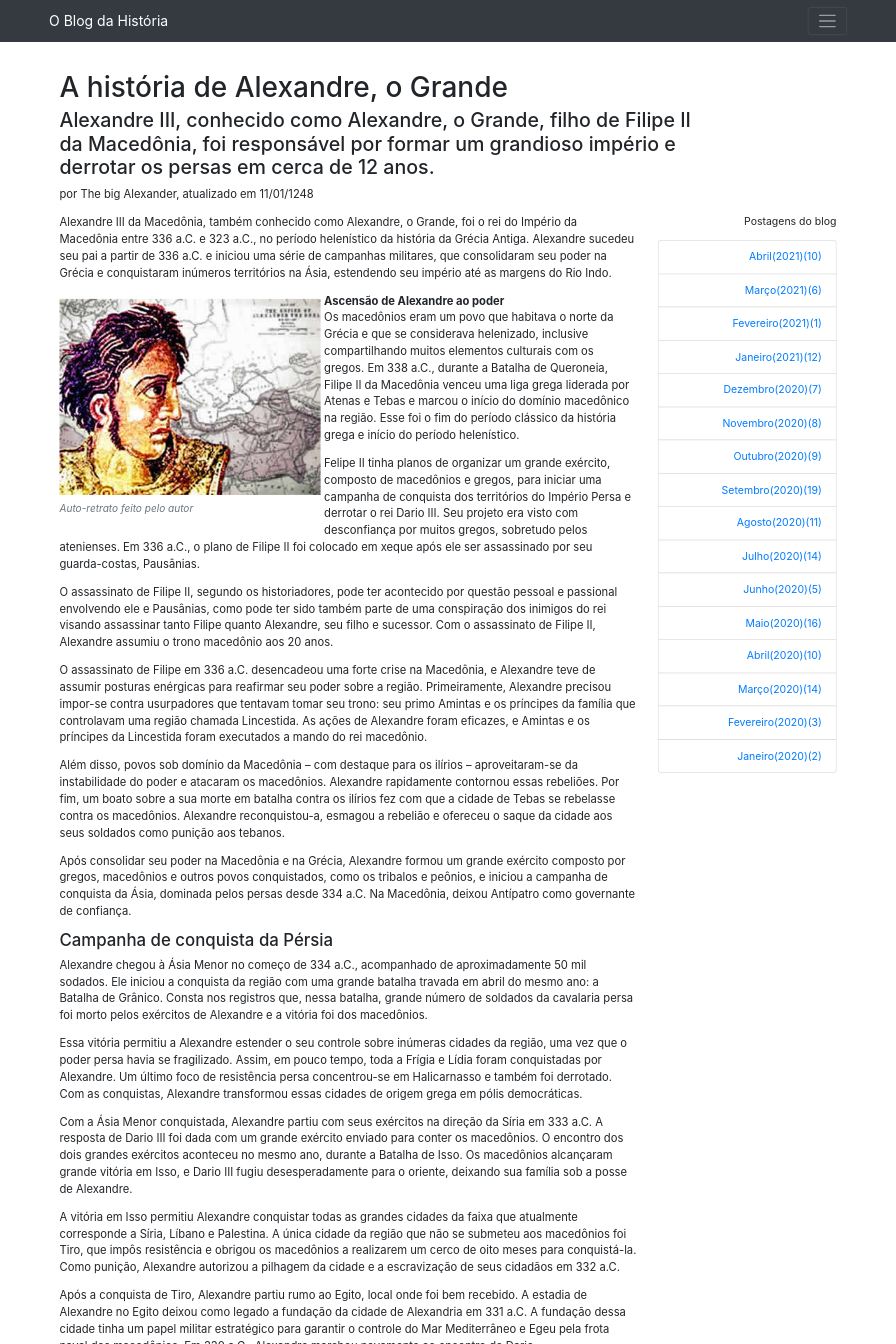
Repository: xhenrique/blog_layout_bootstrap
Page: source/post_2.html
An editor plug-in stored every save of this project. The page is shown before and after the next save, followed by the edit.
The browser window is 1280 px wide. The pictures show the part of the page from y = 0 to 1920 px (the page is 2908 px tall), at 70% of full size.

Above is the page before, as saved 2021-04-25 00:26:39.

### source/post_2.html
<!DOCTYPE html>
<html lang="pt-br">
  <head>
    <!-- Meta tags Obrigatórias -->
    <meta charset="utf-8">
    <meta name="viewport" content="width=device-width, initial-scale=1, shrink-to-fit=no">

    <!-- Bootstrap CSS -->
    <link rel="stylesheet" href="https://stackpath.bootstrapcdn.com/bootstrap/4.1.3/css/bootstrap.min.css" integrity="sha384-MCw98/SFnGE8fJT3GXwEOngsV7Zt27NXFoaoApmYm81iuXoPkFOJwJ8ERdknLPMO" crossorigin="anonymous">

    <title>O Blog da História</title>
  </head>
  <body>
    <div id="navbarConfigs" class = "container">
        <nav class="navbar navbar-dark bg-dark sticky-top" style="background: transparent; position: fixed; top: 0; left: 0; margin: 0px; padding: 10px 70px 10px 70px; width: 100%; right: 0;">
            <a class = "navbar-brand" href="index.html">O Blog da História</a>

            <!--Especificações do que é cada um dos atributos!!!!!
                "aria-controls": define a relação entre os elementos, um elemento é pai e o outro filho, deve ser definido no pai, relacionando o filho;
                "data-target" : Define o que será exibido quando clicar na opção do menu;
                "data-toggle" : o que vai acontecer quando eu clicar em cima do botão, collapse, por exemplo, faz o botão expandir e retrair as opções;
                "aria-expanded" : Flag para o navegador informando que o elemento não está expandido;
                "aria-label" : é usado para definir uma string na tag do elemento atual.
            -->
            <button class="navbar-toggler" type="button" data-toggle="collapse" data-target="#navbarCfg" aria-controls="navbarCfg">
                <span class="navbar-toggler-icon"></span>
            </button>
            <div class="collapse navbar-collapse" id="navbarCfg">
                <ul class="navbar-nav mr-auto">
                    <a class="nav-link dropdown-toggle" href="#" id="navbarDropdown" role="button" data-toggle="dropdown" aria-haspopup="true" aria-expanded="false">
                    Menu
                    </a>
                    <div class="dropdown-menu" aria-labelledby="navbarDropdown">
                    <a class="dropdown-item" href="index.html">Início</a>
                    <a class="dropdown-item" href="sobre.html">Sobre</a>
                    <a class="dropdown-item" href="posts.html">Postagens</a>
                    <div class="dropdown-divider"></div>
                    <p style="text-align: left; padding-left: 10px;"> Criado por: <br/>José Xavier<br/>UFPA - 2021</p>
                    </div>
                </ul>
                <form class="form-inline my-2 my-lg-0">
                <input class="form-control mr-sm-2" type="search" placeholder="Texto para buscar no site" aria-label="Search">
                <button class="btn btn-primary" type="submit">Buscar!</button>
                </form>
            </div>
        </nav>
    </div>

    <div class="container" id="container-postagens" style="margin-top: 100px;">
        <div class="row">
             <!--            <div class="span6" style="float: none; margin: 0 auto;">
-->
            <div class="col-10">
                <div id="sobre_o_blog" class="text-left">
                    <h1>A história de Alexandre, o Grande</h1>
                    <h3>Alexandre III, conhecido como Alexandre, o Grande, filho de Filipe II da Macedônia, foi responsável por formar um grandioso império e derrotar os persas em cerca de 12 anos.</h3>
                    <p>por The big Alexander, atualizado em 11/01/1248</p>
                </div>
            </div>
        </div>
    </div>
    <div class="container">
        <div class="row">
            <div class="col-md-9 ">
                <div class="maintext">
                    <p>Alexandre III da Macedônia, também conhecido como Alexandre, o Grande, foi o rei do Império da Macedônia entre 336 a.C. e 323 a.C., no período helenístico da história da Grécia Antiga. Alexandre sucedeu seu pai a partir de 336 a.C. e iniciou uma série de campanhas militares, que consolidaram seu poder na Grécia e conquistaram inúmeros territórios na Ásia, estendendo seu império até as margens do Rio Indo.</p>
                    <figure class="figure" style="float: left; margin-right: 5px; padding-top: 10px;">
                        <img class="figure-img" src="../img/alexandre-pic.jpg">
                        <figcaption class="figure-caption" style="position: bottom;">
                            <i>Auto-retrato feito pelo autor</i>
                        </figcaption>
                    </figure>
                    <p style="margin: 0 auto;"><b>Ascensão de Alexandre ao poder</b></p>
                    <p>Os macedônios eram um povo que habitava o norte da Grécia e que se considerava helenizado, inclusive compartilhando muitos elementos culturais com os gregos. Em 338 a.C., durante a Batalha de Queroneia, Filipe II da Macedônia venceu uma liga grega liderada por Atenas e Tebas e marcou o início do domínio macedônico na região. Esse foi o fim do período clássico da história grega e início do período helenístico.</p>
                    <p>Felipe II tinha planos de organizar um grande exército, composto de macedônios e gregos, para iniciar uma campanha de conquista dos territórios do Império Persa e derrotar o rei Dario III. Seu projeto era visto com desconfiança por muitos gregos, sobretudo pelos atenienses. Em 336 a.C., o plano de Filipe II foi colocado em xeque após ele ser assassinado por seu guarda-costas, Pausânias.</p>
                    <p>O assassinato de Filipe II, segundo os historiadores, pode ter acontecido por questão pessoal e passional envolvendo ele e Pausânias, como pode ter sido também parte de uma conspiração dos inimigos do rei visando assassinar tanto Filipe quanto Alexandre, seu filho e sucessor. Com o assassinato de Filipe II, Alexandre assumiu o trono macedônio aos 20 anos.
                    </p>
                    <p>O assassinato de Filipe em 336 a.C. desencadeou uma forte crise na Macedônia, e Alexandre teve de assumir posturas enérgicas para reafirmar seu poder sobre a região. Primeiramente, Alexandre precisou impor-se contra usurpadores que tentavam tomar seu trono: seu primo Amintas e os príncipes da família que controlavam uma região chamada Lincestida. As ações de Alexandre foram eficazes, e Amintas e os príncipes da Lincestida foram executados a mando do rei macedônio.</p>
                    <p>Além disso, povos sob domínio da Macedônia – com destaque para os ilírios – aproveitaram-se da instabilidade do poder e atacaram os macedônios. Alexandre rapidamente contornou essas rebeliões. Por fim, um boato sobre a sua morte em batalha contra os ilírios fez com que a cidade de Tebas se rebelasse contra os macedônios. Alexandre reconquistou-a, esmagou a rebelião e ofereceu o saque da cidade aos seus soldados como punição aos tebanos.</p>
                    <p>Após consolidar seu poder na Macedônia e na Grécia, Alexandre formou um grande exército composto por gregos, macedônios e outros povos conquistados, como os tribalos e peônios, e iniciou a campanha de conquista da Ásia, dominada pelos persas desde 334 a.C. Na Macedônia, deixou Antípatro como governante de confiança.</p>
                    <h4>Campanha de conquista da Pérsia</h4>
                    <p>Alexandre chegou à Ásia Menor no começo de 334 a.C., acompanhado de aproximadamente 50 mil sodados. Ele iniciou a conquista da região com uma grande batalha travada em abril do mesmo ano: a Batalha de Grânico. Consta nos registros que, nessa batalha, grande número de soldados da cavalaria persa foi morto pelos exércitos de Alexandre e a vitória foi dos macedônios.</p>
                    <p>Essa vitória permitiu a Alexandre estender o seu controle sobre inúmeras cidades da região, uma vez que o poder persa havia se fragilizado. Assim, em pouco tempo, toda a Frígia e Lídia foram conquistadas por Alexandre. Um último foco de resistência persa concentrou-se em Halicarnasso e também foi derrotado. Com as conquistas, Alexandre transformou essas cidades de origem grega em pólis democráticas.</p>
                    <p>Com a Ásia Menor conquistada, Alexandre partiu com seus exércitos na direção da Síria em 333 a.C. A resposta de Dario III foi dada com um grande exército enviado para conter os macedônios. O encontro dos dois grandes exércitos aconteceu no mesmo ano, durante a Batalha de Isso. Os macedônios alcançaram grande vitória em Isso, e Dario III fugiu desesperadamente para o oriente, deixando sua família sob a posse de Alexandre.</p>
                    <p>A vitória em Isso permitiu Alexandre conquistar todas as grandes cidades da faixa que atualmente corresponde a Síria, Líbano e Palestina. A única cidade da região que não se submeteu aos macedônios foi Tiro, que impôs resistência e obrigou os macedônios a realizarem um cerco de oito meses para conquistá-la. Como punição, Alexandre autorizou a pilhagem da cidade e a escravização de seus cidadãos em 332 a.C.</p>
                    <p>Após a conquista de Tiro, Alexandre partiu rumo ao Egito, local onde foi bem recebido. A estadia de Alexandre no Egito deixou como legado a fundação da cidade de Alexandria em 331 a.C. A fundação dessa cidade tinha um papel militar estratégico para garantir o controle do Mar Mediterrâneo e Egeu pela frota naval dos macedônios. Em 330 a.C., Alexandre marchou novamente ao encontro de Dario.</p>
                    <h4>Campanha indiana e a morte de Alexandre</h4>
                    <p>A última fase das conquistas de Alexandre aconteceu na Índia. Alexandre tentou impor seu domínio sobre os reinos que existiam na região além do Rio Indo e encontrou as batalhas mais difíceis de sua trajetória entre 326 a.C. e 325 a.C. Ele travou (e venceu) uma grande e sangrenta batalha contra Poro, rei dos pauravas, e pôs fim a sua campanha após seus soldados informarem-no o desejo de não continuar com os avanços.</p>
                    <p>Com isso, Alexandre retornou para a Babilônia, onde permaneceu entre 324 a.C. e 323 a.C. Durante sua estadia nessa cidade, ele passou a planejar a campanha de conquista da Península Arábica. Os planos de Alexandre foram interrompidos após ele contrair uma febre fulminante, que o levou a falecer poucos dias depois, em junho de 323 a.C.</p>
                    <p>Não se sabe ao certo as causas da morte de Alexandre, mas, atualmente, especula-se que ele possa ter morrido em decorrência de febre tifoide ou malária (a hipótese de envenenamento não é muito aceita pelos historiadores). A morte de Alexandre levou a uma crise sucessória, uma vez que não havia um herdeiro estabelecido (sua esposa Roxana estava grávida). Iniciou-se, então, uma disputa pelo poder entre os generais de Alexandre, o que provocou a fragmentação do Império Macedônio.</p>
                </div>
            </div>
            <div class="col-sm-3">
                <div class="text-right" style="font-size: 15px;">
                    <p>Postagens do blog</p>
                    <ul class="list-group">
                        <!--Javascript provavelmente entraria aqui, iterando sobre uma lista/matriz e exibindo a quantida de postagens por mês/ano-->
                        <li class="list-group-item"><a href="">Abril(2021)(10)</a></li>
                        <li class="list-group-item"><a href="">Março(2021)(6)</a></li>
                        <li class="list-group-item"><a href="">Fevereiro(2021)(1)</a></li>
                        <li class="list-group-item"><a href="">Janeiro(2021)(12)</a></li>
                        <li class="list-group-item"><a href="">Dezembro(2020)(7)</a></li>
                        <li class="list-group-item"><a href="">Novembro(2020)(8)</a></li>
                        <li class="list-group-item"><a href="">Outubro(2020)(9)</a></li>
                        <li class="list-group-item"><a href="">Setembro(2020)(19)</a></li>
                        <li class="list-group-item"><a href="">Agosto(2020)(11)</a></li>
                        <li class="list-group-item"><a href="">Julho(2020)(14)</a></li>
                        <li class="list-group-item"><a href="">Junho(2020)(5)</a></li>
                        <li class="list-group-item"><a href="">Maio(2020)(16)</a></li>
                        <li class="list-group-item"><a href="">Abril(2020)(10)</a></li>
                        <li class="list-group-item"><a href="">Março(2020)(14)</a></li>
                        <li class="list-group-item"><a href="">Fevereiro(2020)(3)</a></li>
                        <li class="list-group-item"><a href="">Janeiro(2020)(2)</a></li>
                    </ul>
                </div>
            </div>
            <div class="col">
                    <form>
                        <h3>
                            Comentários
                        </h3>
                        <div class="mb-3">
                            <label for="inputEmail" class="form-label">Entre seu e-mail</label>
                            <input type="email" class="form-control" id="inputEmail" aria-describedby="emailHelp">
                        </div>
                        <div class="mb-3">
                            <label for="nameInput" class="form-label">Nome</label>
                            <input type="text" class="form-control" id="nameInput">
                        </div>
                        <div class="mb-3">
                            <label for="msgInput" class="form-label">Digite sua mensagem</label>
                            <textarea class="form-control form-control-lg" placeholder="Digite seu comentário" id="msgInput" style="height: 200px;"></textarea>
                        </div>
                        <!--Aqui devia-se colocar uma função js que fosse capaz de expandir a parte dos comentários dinamicamente quando o botão fosse clicado-->
                        <button class="btn btn-outline-secondary" type="submit" aria-label="btnSubmmit">Enviar</button>
                        <br/>
                        <br/>
                    </form>
                </div>
            </div>
            <div class="col-md">
                <div class="d-grid gap-2">
                    <button class="btn btn-outline-secondary" type="button" style="width: 100%;">Ver comentários</button>
                </div>
            </div>
        </div>

    </div>


    <!-- JavaScript (Opcional) -->
    <!-- jQuery primeiro, depois Popper.js, depois Bootstrap JS -->
    <script src="https://code.jquery.com/jquery-3.3.1.slim.min.js" integrity="sha384-q8i/X+965DzO0rT7abK41JStQIAqVgRVzpbzo5smXKp4YfRvH+8abtTE1Pi6jizo" crossorigin="anonymous"></script>
    <script src="https://cdnjs.cloudflare.com/ajax/libs/popper.js/1.14.3/umd/popper.min.js" integrity="sha384-ZMP7rVo3mIykV+2+9J3UJ46jBk0WLaUAdn689aCwoqbBJiSnjAK/l8WvCWPIPm49" crossorigin="anonymous"></script>
    <script src="https://stackpath.bootstrapcdn.com/bootstrap/4.1.3/js/bootstrap.min.js" integrity="sha384-ChfqqxuZUCnJSK3+MXmPNIyE6ZbWh2IMqE241rYiqJxyMiZ6OW/JmZQ5stwEULTy" crossorigin="anonymous"></script>
  </body>
</html>

After the next save:
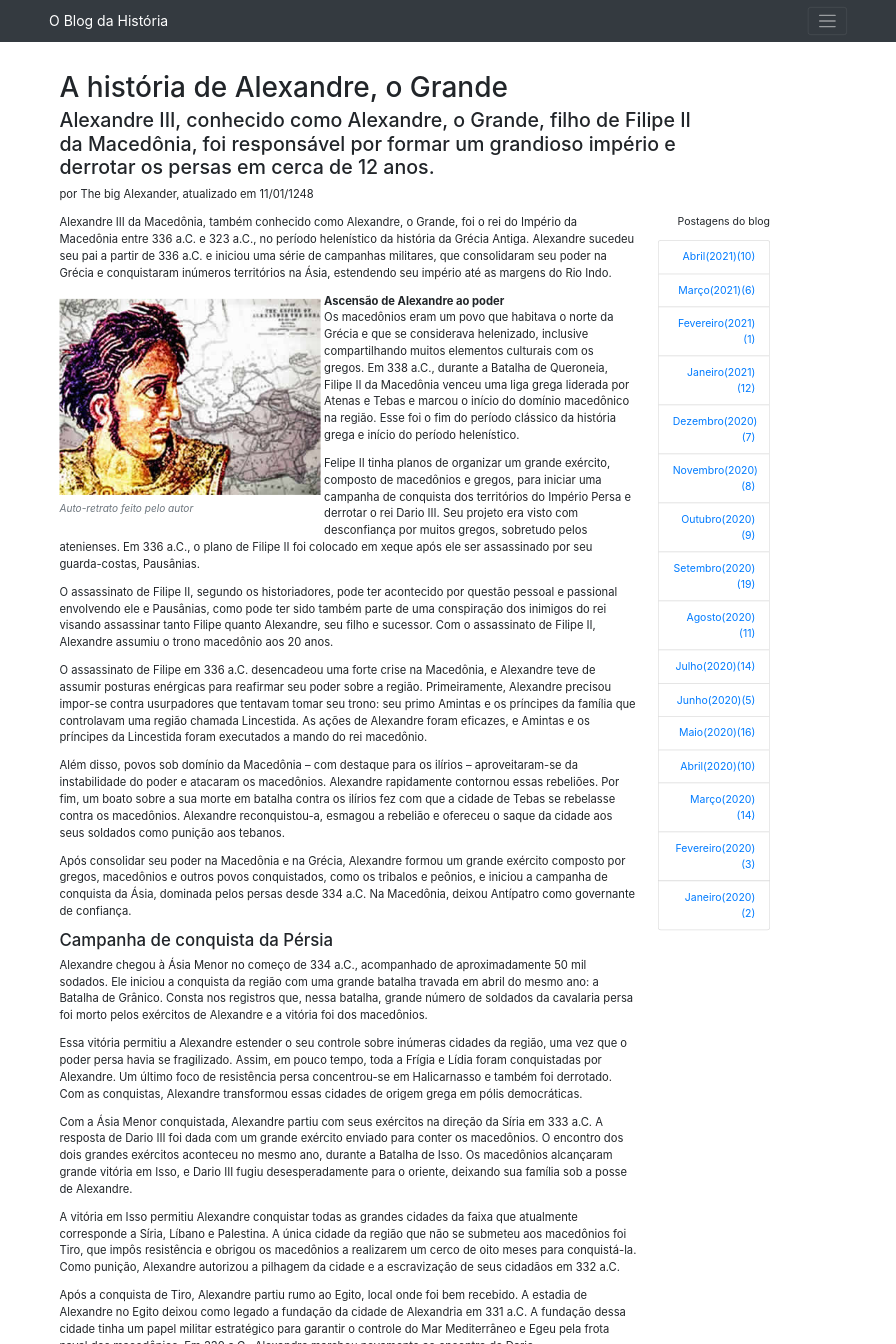
Saved 4 s later.
--- a/source/post_2.html
+++ b/source/post_2.html
@@ -90,7 +90,7 @@
                     <p>Não se sabe ao certo as causas da morte de Alexandre, mas, atualmente, especula-se que ele possa ter morrido em decorrência de febre tifoide ou malária (a hipótese de envenenamento não é muito aceita pelos historiadores). A morte de Alexandre levou a uma crise sucessória, uma vez que não havia um herdeiro estabelecido (sua esposa Roxana estava grávida). Iniciou-se, então, uma disputa pelo poder entre os generais de Alexandre, o que provocou a fragmentação do Império Macedônio.</p>
                 </div>
             </div>
-            <div class="col-sm-3">
+            <div class="col-sm-2">
                 <div class="text-right" style="font-size: 15px;">
                     <p>Postagens do blog</p>
                     <ul class="list-group">

After the save that followed:
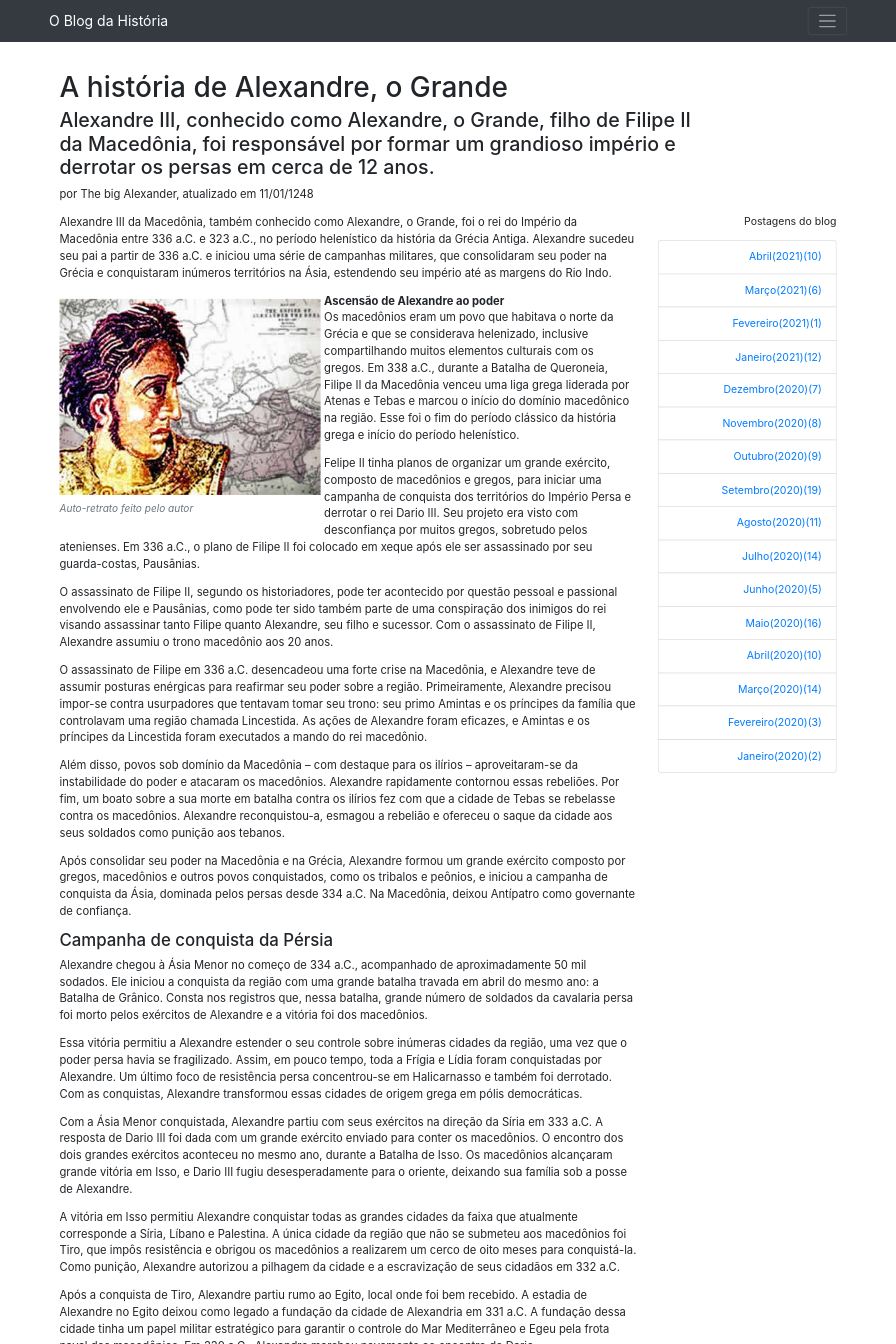
Saved 7 s later.
--- a/source/post_2.html
+++ b/source/post_2.html
@@ -90,7 +90,7 @@
                     <p>Não se sabe ao certo as causas da morte de Alexandre, mas, atualmente, especula-se que ele possa ter morrido em decorrência de febre tifoide ou malária (a hipótese de envenenamento não é muito aceita pelos historiadores). A morte de Alexandre levou a uma crise sucessória, uma vez que não havia um herdeiro estabelecido (sua esposa Roxana estava grávida). Iniciou-se, então, uma disputa pelo poder entre os generais de Alexandre, o que provocou a fragmentação do Império Macedônio.</p>
                 </div>
             </div>
-            <div class="col-sm-2">
+            <div class="col-md-3">
                 <div class="text-right" style="font-size: 15px;">
                     <p>Postagens do blog</p>
                     <ul class="list-group">
